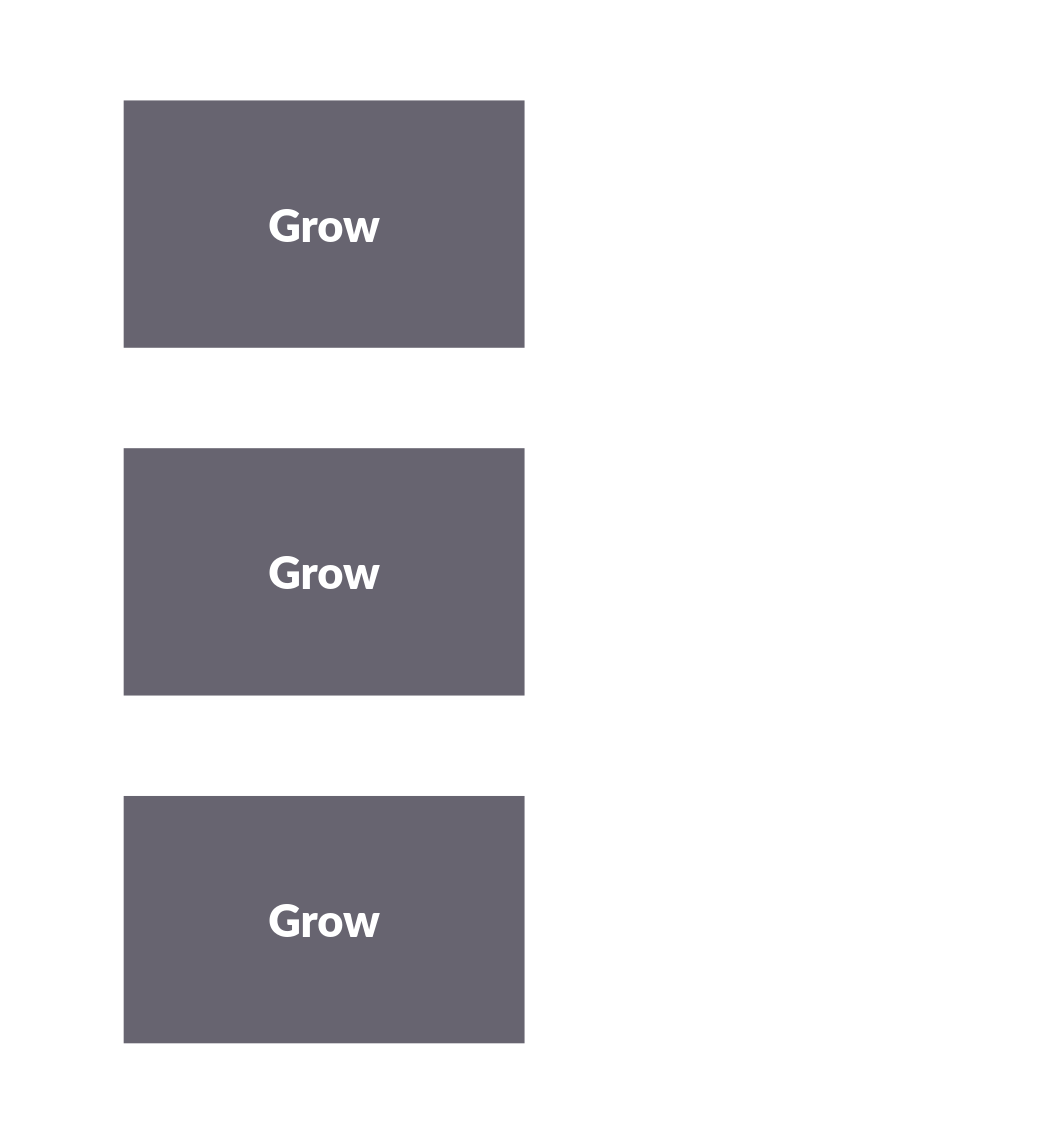
Repository: ash-the-reaper/TaxiRoot
Page: UI/WebContent/home.html
An editor plug-in stored every save of this project. The page is shown before and after the next save, followed by the edit.
The browser window is 1280 px wide. The pictures show the whole page, at 83% of full size.

Above is the page before, as saved 2017-03-14 09:37:34.
Console error: ReferenceError: CONTEXT_PATH is not defined

### UI/WebContent/home.html
<!DOCTYPE html>
<html>
<head lang="en">
	<meta charset="UTF-8">
	<meta http-equiv="pragma" content="no-cache">
	<meta http-equiv="cache-control" content="no-cache">

	<script src="js/angular.min.js"></script>
	<script id="script" src="js/main.js"></script>
	<script id="script" src="js/dashboard.js"></script>


	<link rel="stylesheet" type="text/css" href="css/adminMenu.css">

	<title>Home</title>

	 <style type="text/css">

        body > div
        {

            margin:121px 149px;

            width:483px;
            height:298px;

            background:#676470;
            color:#fff;

            font-family:Lato;
            font-weight:900;
            font-size:3.4em;

            text-align:center;
            line-height:298px;

            transition:all 0.3s ease;

        }

        .grow:hover
        {
            -webkit-transform: scale(1.3);
            -ms-transform: scale(1.3);
            transform: scale(1.3);
        }

    </style>

</head>

<body ng-app="ngApp" ng-controller="ngCtrl">

<div class="grow">Grow</div>

<div class="grow">Grow</div>

<div class="grow">Grow</div>

</body>


</html>

### UI/WebContent/js/dashboard.js
var checkLogin = CONTEXT_PATH+ "account/checkLogin";

var app = angular.module("ngApp", []);
app.controller("ngCtrl", function($scope,$http,$window) {
    $scope.changeView = function (val) {
    	if(val == 'home'){
    		$window.location.href = '/home.html';
    	}

    	else if(val == 'taxi'){
    		$window.location.href = '/taxiclients.html';
    	}

    	else if(val == 'clients'){
    		$window.location.href = '/taxiclients.html';
    	}
    }
});

### UI/WebContent/CSS/adminMenu.css
/*
	https://www.w3schools.com/css/tryit.asp?filename=trycss_navbar_vertical_responsive
*/

body {margin: 0;}

ul.sidenav {
    list-style-type: none;
    margin: 0;
    padding: 0;
    width: 25%;
    background-color: #f1f1f1;
    position: fixed;
    height: 100%;
    overflow: auto;
}

ul.sidenav li a {
    display: block;
    color: #000;
    padding: 8px 16px;
    text-decoration: none;
}

ul.sidenav li a.active {
    background-color: #3498DB;
    color: white;
}

ul.sidenav li a:hover:not(.active) {
    background-color: #555;
    color: white;
}

div.content {
    margin-left: 25%;
    padding: 1px 16px;
    height: 1000px;
}

@media screen and (max-width: 1050px){
    ul.sidenav {
        width:100%;
        height:auto;
        position:relative;
    }
    ul.sidenav li a {
        float: left;
        padding: 15px;
    }
    div.content {margin-left:0;}
}

@media screen and (max-width: 400px){
    ul.sidenav li a {
        text-align: center;
        float: none;
    }
}




/*
	css for dashboard
	http://www.webdesignerdepot.com/2014/05/8-simple-css3-transitions-that-will-wow-your-users/
*/

.border:hover
{
        box-shadow: inset 0 0 0 25px #53a7ea;
}

.grow:hover
{
        -webkit-transform: scale(1.3);
        -ms-transform: scale(1.3);
        transform: scale(1.3);
}

Loaded but not shown: UI/WebContent/js/angular.min.js (library); UI/WebContent/js/main.js (no copy from this time; the picture is the same without it)

After the next save:
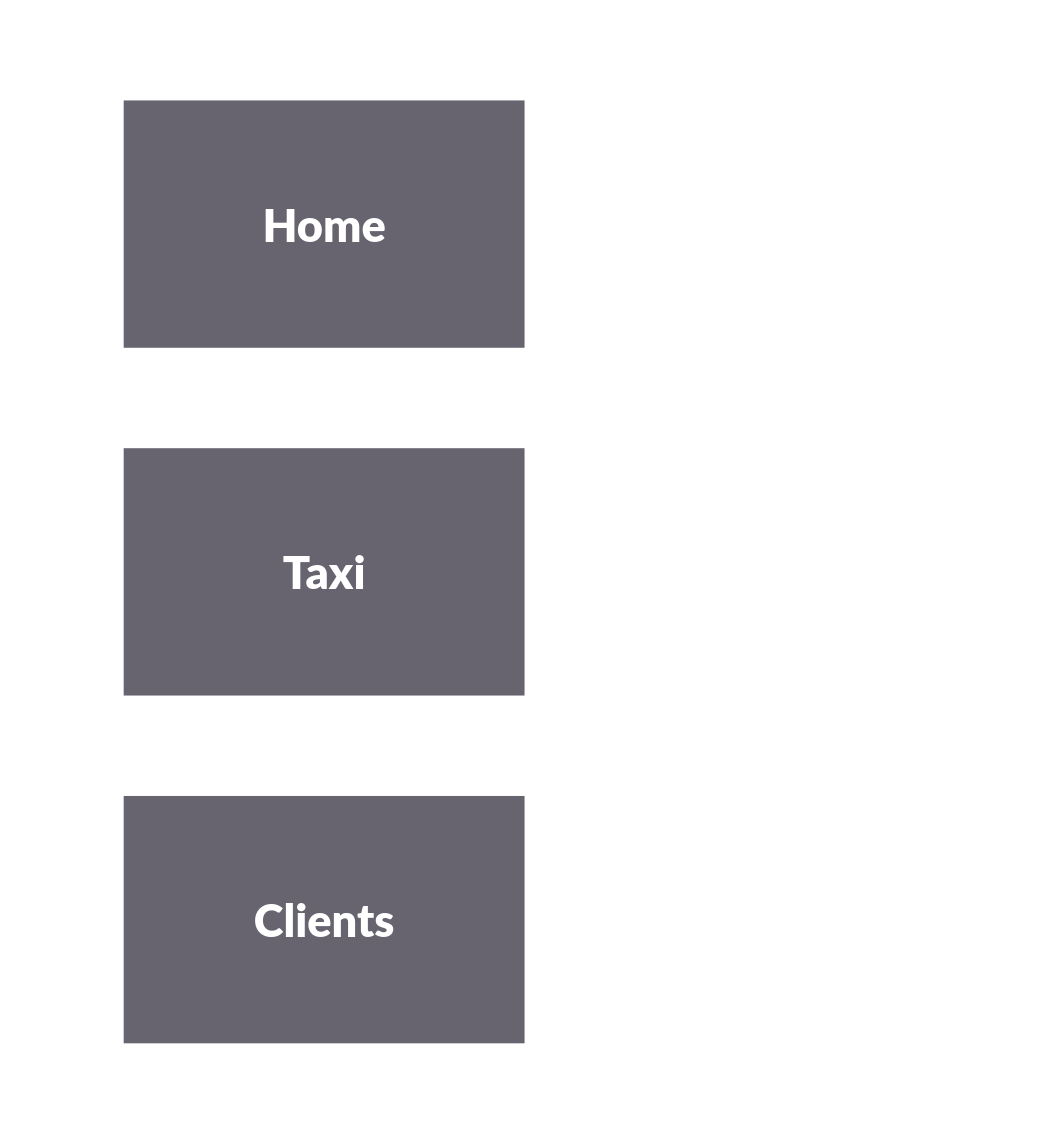
Saved 11 s later.
--- a/UI/WebContent/home.html
+++ b/UI/WebContent/home.html
@@ -51,11 +51,11 @@
 
 <body ng-app="ngApp" ng-controller="ngCtrl">
 
-<div class="grow">Grow</div>
+<div class="grow">Home</div>
 
-<div class="grow">Grow</div>
+<div class="grow">Taxi</div>
 
-<div class="grow">Grow</div>
+<div class="grow">Clients</div>
 
 </body>
 
